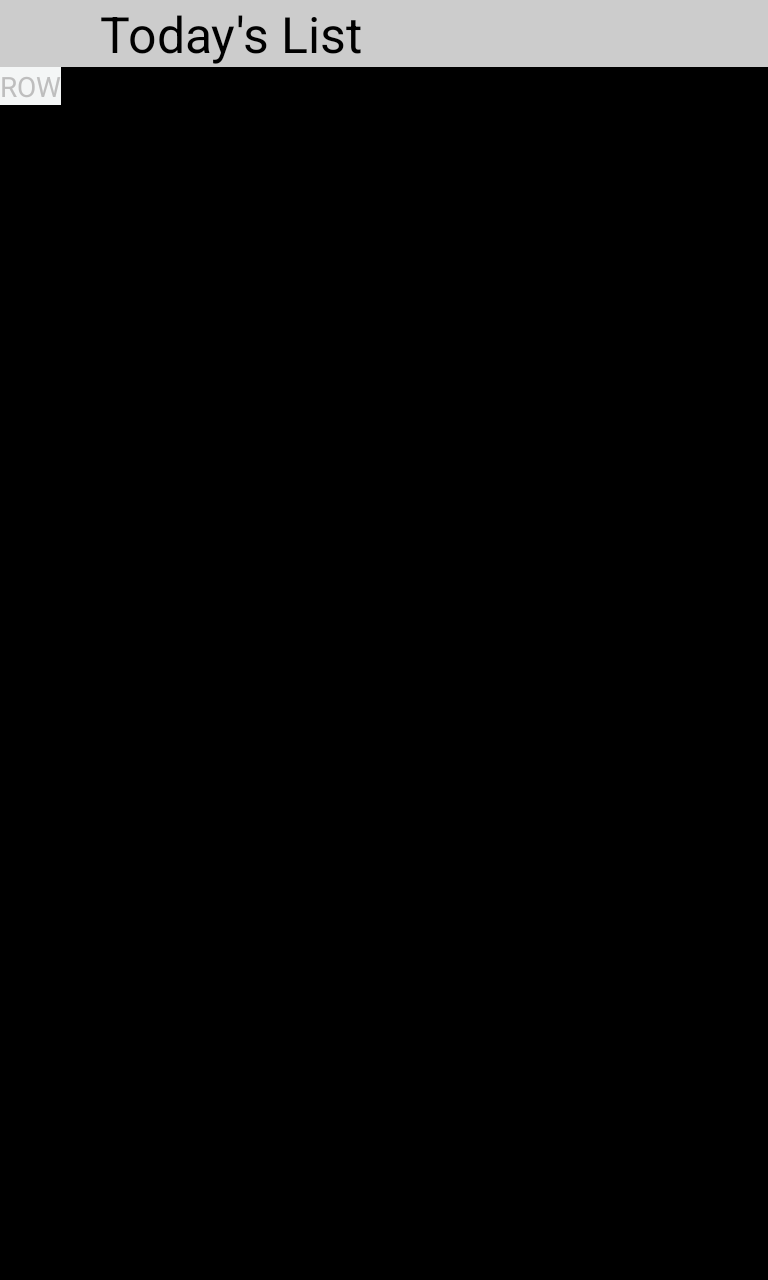
Repository: adatta02/comp194ma
Layout: hello_world/res/layout/main.xml
These files come from the project's save history. The layout is drawn as it stood at one moment and after the next save; the edit follows.
It is drawn on a 768 x 1280 px phone screen (xhdpi) without system bars, with theme android:Theme; the app's code is not run.

Above is the layout before, as saved 2009-02-03 05:17:13.

### hello_world/res/layout/main.xml
<?xml version="1.0" encoding="utf-8"?>
<LinearLayout xmlns:android="http://schemas.android.com/apk/res/android"
    android:orientation="vertical"
    android:layout_width="fill_parent"
    android:layout_height="fill_parent"
    >

<TextView android:id="@+id/TextView01" android:layout_height="wrap_content" android:text="Today's List" android:textSize="25sp" android:background="#cccccc" android:textColor="#000000" android:paddingLeft="100px" android:layout_width="fill_parent"></TextView>
<TableLayout android:id="@+id/TableLayout01" android:layout_width="fill_parent" android:layout_height="fill_parent"><TableRow android:id="@+id/TableRow01" android:layout_width="wrap_content" android:layout_height="wrap_content"><TextView android:id="@+id/TextView02" android:text="ROW" android:layout_height="fill_parent" android:layout_width="fill_parent" android:background="#F4F6F6"></TextView>
</TableRow>
</TableLayout>
</LinearLayout>

After the next save:
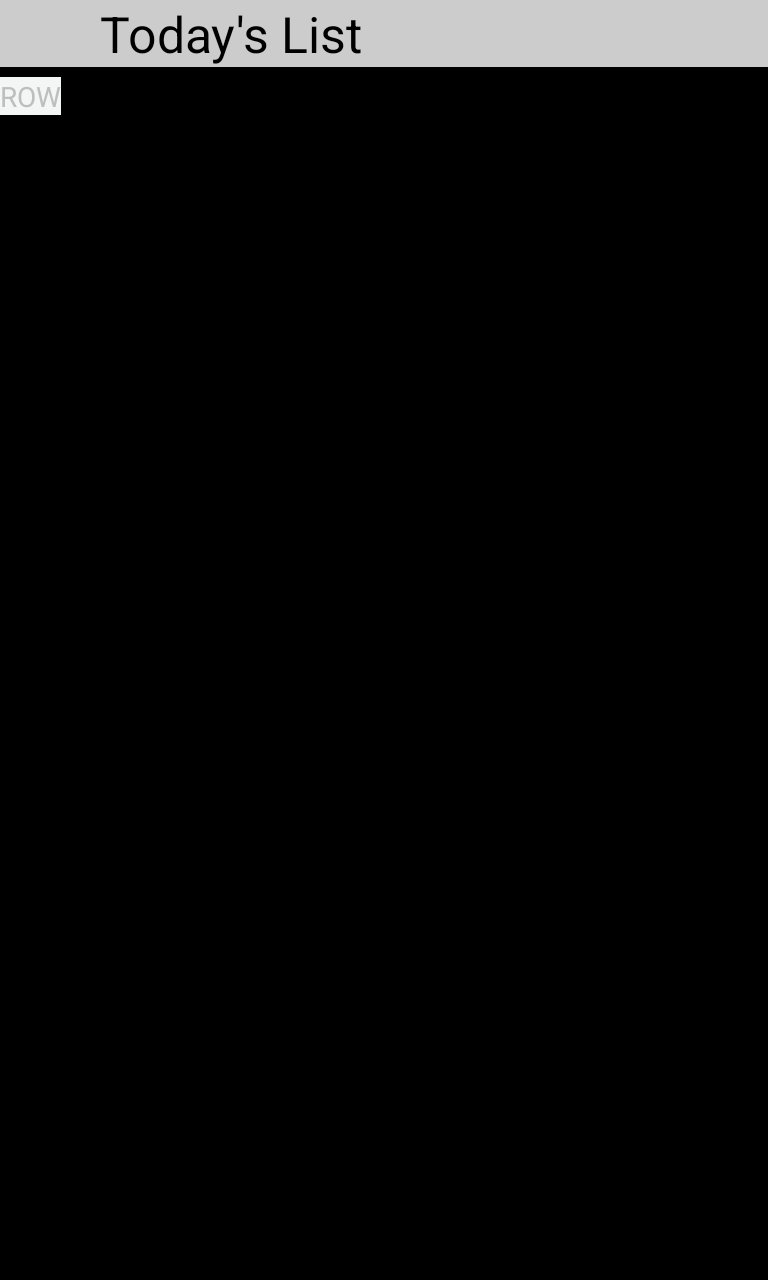
Saved 25 s later.
--- a/hello_world/res/layout/main.xml
+++ b/hello_world/res/layout/main.xml
@@ -6,7 +6,7 @@
     >
 
 <TextView android:id="@+id/TextView01" android:layout_height="wrap_content" android:text="Today's List" android:textSize="25sp" android:background="#cccccc" android:textColor="#000000" android:paddingLeft="100px" android:layout_width="fill_parent"></TextView>
-<TableLayout android:id="@+id/TableLayout01" android:layout_width="fill_parent" android:layout_height="fill_parent"><TableRow android:id="@+id/TableRow01" android:layout_width="wrap_content" android:layout_height="wrap_content"><TextView android:id="@+id/TextView02" android:text="ROW" android:layout_height="fill_parent" android:layout_width="fill_parent" android:background="#F4F6F6"></TextView>
+<TableLayout android:id="@+id/TableLayout01" android:layout_width="fill_parent" android:layout_height="fill_parent" android:layout_marginTop="10px"><TableRow android:id="@+id/TableRow01" android:layout_width="wrap_content" android:layout_height="wrap_content"><TextView android:id="@+id/TextView02" android:text="ROW" android:layout_height="fill_parent" android:layout_width="fill_parent" android:background="#F4F6F6"></TextView>
 </TableRow>
 </TableLayout>
 </LinearLayout>
